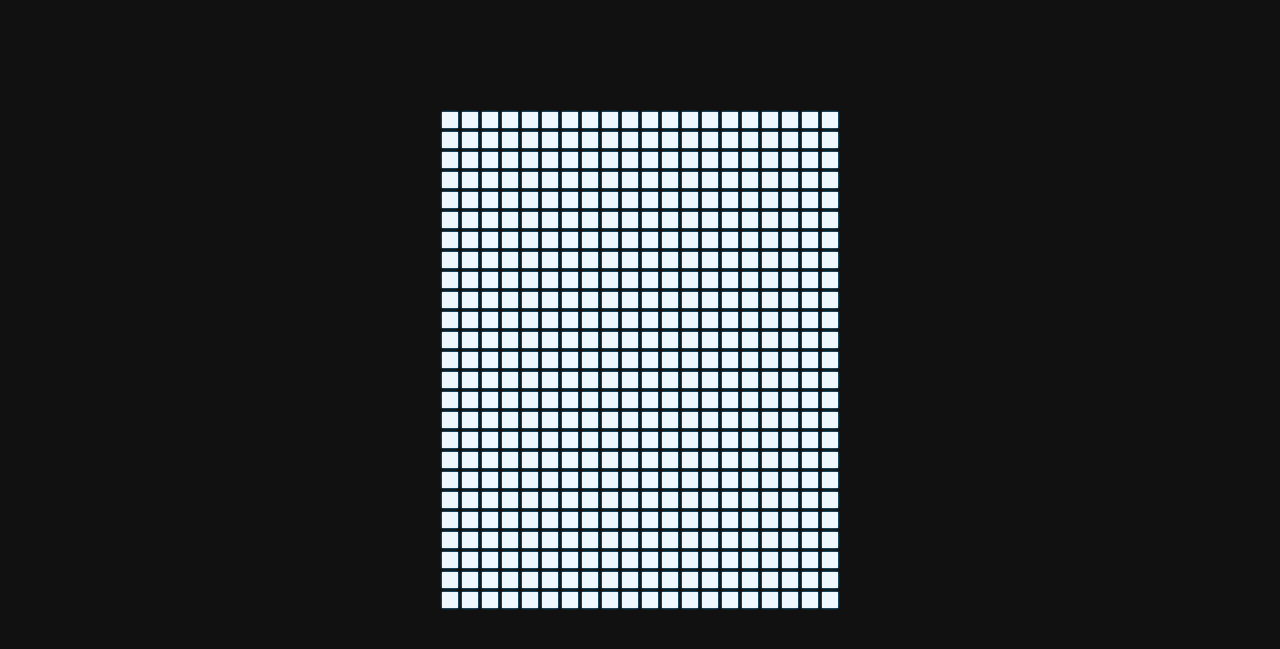
Repository: MorgunovaAlexandra/board-hover
Page: index.html
An editor plug-in stored every save of this project. The page is shown before and after the next save, followed by the edit.
The browser window is 1280 px wide. The pictures show the whole page.

Above is the page before, as saved 2022-07-01 15:05:04.

### index.html

<!DOCTYPE html>
<html lang="en">
<head>
  <meta charset="UTF-8" />
  <meta name="viewport" content="width=device-width, initial-scale=1.0" />
  <link rel="stylesheet" href="styles.css" />
  <title>Доска | Проект 4</title>
</head>
<body>
<div class="container" id="board">

</div>
<script src="./app.js"></script>
</body>
</html>

### styles.css
* {
  box-sizing: border-box;
}

body {
  background-color: #111;
  display: flex;
  align-items: center;
  justify-content: center;
  height: 100vh;
  overflow: hidden;
  margin: 0;
}
.container{
  display: flex;
  justify-content: center;
  align-items: center;
  flex-wrap: wrap;
  max-width: 400px;
}
.square{
width: 16px;
height: 16px;
background-color: aliceblue;
margin: 2px;
box-shadow: 0 0 2px rgb(51, 177, 255);
transition:  2s ease;
}
.square:hover{
  transition-duration:0s ;
}

### app.js
const board=document.querySelector('#board')
const colors=['rgb(93, 140, 176)','rgb(147, 124, 229)','rgb(242, 136, 213)','rgb(237, 106, 106)','rgb(255, 99, 172)','rgb(99, 255, 172)','rgb(255, 250, 99)','rgb(51, 177, 255)']
const SQUERS_NUMBER=500;
for(let i=0;i<SQUERS_NUMBER;i++){
    const squre=document.createElement('div');
    squre.classList.add('square');
    squre.addEventListener('mousemove',()=>{
        setColor(squre)
    })
    squre.addEventListener('mouseleave',()=>{
      removeColor(squre)
    })
    board.append(squre)
}
function setColor(element){
    const color=getColor()
    element.style.backgroundColor=color
    element.style.boxShadow=`0 0 2px ${color}, 0 0 10px ${color} `
}
function removeColor(element){
    element.style.backgroundColor='aliceblue';
    element.style.boxShadow='0 0 2px black';
}
function getColor(){
    const index=Math.floor(Math.random()*colors.length)
    return colors[index]
}

After the next save:
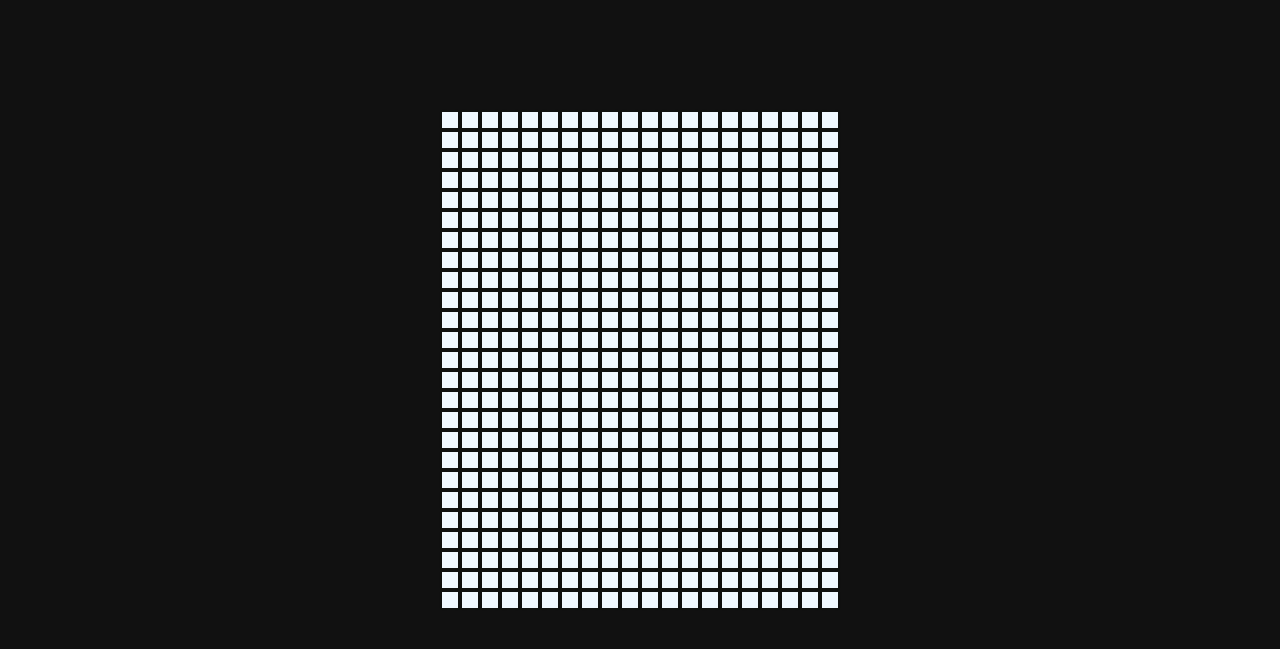
Saved 4 s later.
--- a/styles.css
+++ b/styles.css
@@ -23,7 +23,7 @@ width: 16px;
 height: 16px;
 background-color: aliceblue;
 margin: 2px;
-box-shadow: 0 0 2px rgb(51, 177, 255);
+box-shadow: 0 0 2px rgb(16, 17, 17);
 transition:  2s ease;
 }
 .square:hover{
